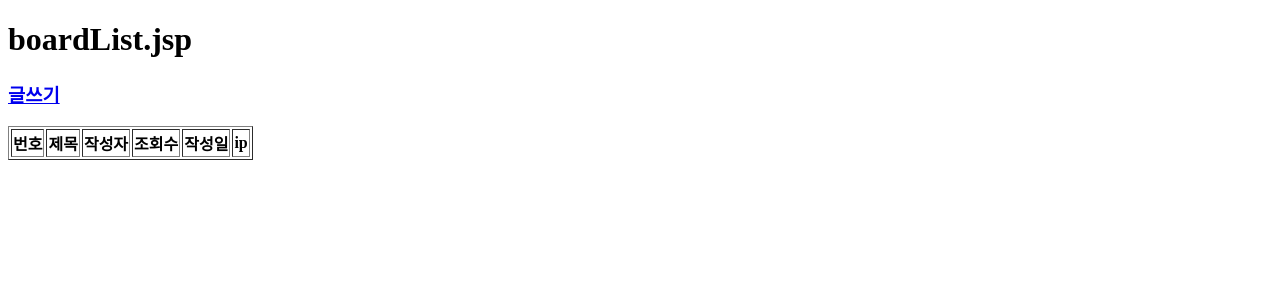
Repository: touslessoirs/jsp
Page: http://localhost/JSP_STUDY/STUDY_board/boardList.jsp
An editor plug-in stored every save of this project. The page is shown before and after the next save, followed by the edit.
The browser window is 1280 px wide. The pictures show the whole page.
The page is served by Tomcat 9. Other server files are loaded and not shown. Queries for data that is not in the repository find no rows.

Above is the page before, as saved 2022-10-11 11:34:44.

### JSP_STUDY/src/main/webapp/STUDY_board/boardList.jsp
<%@page import="com.itwillbs.board.BoardDTO"%>
<%@page import="java.util.ArrayList"%>
<%@page import="com.itwillbs.board.BoardDAO"%>
<%@ page language="java" contentType="text/html; charset=UTF-8"
    pageEncoding="UTF-8"%>
<!DOCTYPE html>
<html>
<head>
<meta charset="UTF-8">
<title>Insert title here</title>
</head>
<body>

	<h1>boardList.jsp</h1>

	<%
	// DB에 저장된 글 목록 정보 가져오기
	BoardDAO dao = new BoardDAO();

	// 저장된 전체 글 개수
	int count = dao.getBoardCount();

	// ========================================================
	// 페이징 처리(1) DB에서 원하는 만큼의 글 정보 가져오기

	// pageSize : 한 페이지에 보여줄 글 개수
	int pageSize = 3;

	// pageNum : 현재 페이지 번호
	String pageNum = request.getParameter("pageNum");

	// 만약 페이지 번호가 없으면 현재 페이지가 첫 페이지가 되도록 설정
	if(pageNum==null){
		pageNum="1";
	}

	// ex) 한 페이지당 글 10개 출력, 현재 페이지 2 => 11~20번째 글 출력
	// startRow : 시작행(1, 11, 21, 31, ...)
	int currentPage = Integer.parseInt(pageNum);
	int startRow = (currentPage-1)*pageSize+1;

	// endRow : 끝행(10, 20, 30, ...)
	int endRow = currentPage*pageSize;

	// ========================================================

	// 가져온 정보 배열에 저장
// 	ArrayList boardList = dao.getBoardList();
	ArrayList boardList = dao.getBoardList(startRow, pageSize);

	// 표 형식으로 출력하기
	%>

	<h3><a href="writeForm.jsp">글쓰기</a></h3>
	<table border="1">
	<tr>
        <th>번호</th>
        <th>제목</th>
        <th>작성자</th>
        <th>조회수</th>
        <th>작성일</th>
        <th>ip</th>
    </tr>
   		<%
    	for(int i=0;i<boardList.size();i++){
    		// 배열에 담긴 정보 하나씩 꺼내서 dto에 저장
    		BoardDTO dto = (BoardDTO) boardList.get(i);
    	%>

    <tr>
        <td><%=dto.getBno() %></td>
        <td>
        	<%
        	if(dto.getRe_lev()>0){
       		%>
        		<img src="../img/level.gif" width="<%=dto.getRe_lev()*10%>">
				<img src="../img/re.gif">
			<%
        	}
        	%>
        	<a href="boardContent.jsp?bno=<%=dto.getBno()%>&pageNum=<%=pageNum %>"><%=dto.getSubject() %></a>
        </td>
        <td><%=dto.getName() %></td>
        <td><%=dto.getReadcount() %></td>
        <td><%=dto.getDate() %></td>
        <td><%=dto.getIp() %></td>
    </tr>

		<%
    	}
		%>
	</table>

	<%
	// ========================================================
	// 페이징 처리(2) [이전], 페이지 번호, [다음]
	if(count!=0){

		// pageCount : 총 페이지 수
		// 나머지가 존재하면 페이지 수 +1
		int pageCount = (count/pageSize)+(count%pageSize==0?0:1);

		// pageBlock : 한 화면에 보여줄 페이지 수
		int pageBlock = 2;

		// startPage : 페이지블럭의 시작번호
	    // 1~10=>1, 11~20=>11, 21~30=>21
	    int startPage = ((currentPage-1)/pageBlock)*pageBlock+1;

	    // 페이지블럭의 끝번호
	    int endPage = startPage+pageBlock-1;
	    // 만약 글 개수가 한 페이지를 다 채우지 못한다면
	    if(endPage>pageCount){
	        endPage = pageCount;
	    }

	    // [이전]
	    if(startPage > pageBlock){	// 이전 페이지가 존재한다면
		%>
			<a href="boardList.jsp?pageNum=<%=startPage-pageBlock %>">[이전]</a>
		<%
	    }
	    // 숫자(페이지 링크) 1, 2, 3,...
	    for(int i=startPage;i<=endPage;i++){
		%>
			<a href="boardList.jsp?pageNum=<%=i%>"><%=i %></a>
		<%
	    }
	    // [다음]
	    if(endPage < pageCount){	// 다음 페이지가 존재한다면
		%>
			<a href="boardList.jsp?pageNum=<%=startPage+pageBlock%>">[다음]</a>
		<%
	    }
	}

	// ========================================================
	%>



</body>
</html>

### JSP_STUDY/src/main/java/com/itwillbs/board/BoardDAO.java
package com.itwillbs.board;

import java.sql.Connection;
import java.sql.DriverManager;
import java.sql.PreparedStatement;
import java.sql.ResultSet;
import java.sql.SQLException;
import java.util.ArrayList;

public class BoardDAO {

	private Connection con = null;
	private PreparedStatement pstmt = null;
	private ResultSet rs = null;
	private String sql = null;

	public BoardDAO() {
		System.out.println(" DAO : BoardDAO() 객체 생성");
		System.out.println(" DAO : itwill_board 테이블 접근준비 완료");
	}


	// DB 연결 메서드 - getConnection()
	private Connection getConnection() throws Exception {
		// DB 연결 정보
		final String DRIVER = "com.mysql.cj.jdbc.Driver";
		final String DBURL = "jdbc:mysql://localhost:3306/jspex";
		final String DBID = "root";
		final String DBPW = "1234";

		// 1. 드라이버 로드
		Class.forName(DRIVER);
		System.out.println(" 드라이버 로드 성공");

		// 2. DB 연결
		con = DriverManager.getConnection(DBURL, DBID, DBPW);
	    System.out.println(" DAO : DB 연결 성공");
	    System.out.println(" DAO : "+con);

	    return con;
	}
	// DB 연결 메서드 - getConnection()


	// 자원 해제 메서드 - closeDB()
	public void closeDB() {
		System.out.println(" DAO : DB 연결자원 해제");
			try {
				if(rs!=null) rs.close();
				if(pstmt!=null) pstmt.close();
				if(con!=null) con.close();
			} catch (SQLException e) {
				e.printStackTrace();
			}
	}
	// 자원 해제 메서드 - closeDB()


	// 글쓰기 메서드 - insertBoard()
	public void insertBoard(BoardDTO dto) {
		System.out.println(" DAO : insertBoard() 호출");
	    int bno = 0;	// 글 번호 저장할 변수

	    try {
	    	// 1+2. DB 연결
			con = getConnection();
		    // 3. SQL 작성(글 번호 계산) & pstmt
		    sql = "select max(bno) from itwill_board";
		    pstmt = con.prepareStatement(sql);
		    // 4. SQL 실행
		    rs = pstmt.executeQuery();

		    // 5. 데이터 처리
		    if(rs.next()) {
//		    	bno = rs.getInt(bno)+1;
//		    	bno = rs.getInt("max(bno)")+1;	// getInt()는 max(bno)의 가장 높은 값을 int형으로 가져옴
		    	bno = rs.getInt(1)+1;			// 숫자 1 = getInt()의 첫 번째 인덱스
		    }

		    System.out.println(" DAO : 글번호 = "+bno);

		    	// 3. SQL 작성(insert) & pstmt
		    	sql = "insert into itwill_board (bno, name, pass, subject, content, "
		    			+ " readcount, re_ref, re_lev, re_seq, date, ip, file) "
		    			+ " values (?, ?, ?, ?, ?, ?, ?, ?, ?, now(), ?, ?)";
		        pstmt = con.prepareStatement(sql);
	            // ???
	            pstmt.setInt(1, bno);
	            pstmt.setString(2, dto.getName());
	            pstmt.setString(3, dto.getPass());
	            pstmt.setString(4, dto.getSubject());
	            pstmt.setString(5, dto.getContent());

	            pstmt.setInt(6, 0);
	            pstmt.setInt(7, bno);
	            pstmt.setInt(8, 0);
	            pstmt.setInt(9, 0);

	            pstmt.setString(10, dto.getIp());
	            pstmt.setString(11, dto.getFile());

		    	// 4. SQL 실행
	            pstmt.executeUpdate();

	            System.out.println(" DAO : 게시판 글쓰기 완료");

	    } catch (Exception e) {
	    	e.printStackTrace();
	    } finally {
	    	closeDB();
	    }

	}
	// 글쓰기 메서드 - insertBoard()


	// 글 정보 가져오기 메서드 - getBoardList()
	public ArrayList getBoardList() {
		System.out.println(" DAO : getBoardList() 호출");

		// 글 목록 정보를 저장하는 배열
		ArrayList boardList = new ArrayList();

		try {
			con = getConnection();
	        // 3. SQL 작성(select) & pstmt
	        sql = "select * from itwill_board";
	        pstmt = con.prepareStatement(sql);
	        // 4. SQL 실행
	        rs = pstmt.executeQuery();

	        // 5. 데이터 처리 (DB->DTO->List)
			while(rs.next()) {
				// DB 정보 -> DTO에 저장
				BoardDTO dto = new BoardDTO();
	            dto.setBno(rs.getInt("bno"));
	            dto.setName(rs.getString("name"));
	            dto.setPass(rs.getString("pass"));
	            dto.setSubject(rs.getString("subject"));
	            dto.setContent(rs.getString("content"));
	            dto.setReadcount(rs.getInt("readcount"));
	            dto.setRe_ref(rs.getInt("re_ref"));
	            dto.setRe_lev(rs.getInt("re_lev"));
	            dto.setRe_seq(rs.getInt("re_seq"));
	            dto.setDate(rs.getDate("date"));
	            dto.setIp(rs.getString("ip"));
	            dto.setFile(rs.getString("file"));

	            // DTO -> ArrayList에 저장
	            boardList.add(dto);
			}

			System.out.println(" DAO : 게시판 목록 조회 성공");

		} catch (Exception e) {
			e.printStackTrace();
		} finally {
			closeDB();
		}

		return boardList;

	}
	// 글 정보 가져오기 메서드 - getBoardList()


	// 글 정보 가져오기 메서드 - getBoardList(startRow, pageSize)
	public ArrayList getBoardList(int startRow, int pageSize) {
		System.out.println(" DAO : getBoardList() 호출");

		ArrayList boardList = new ArrayList();

		try {
			con = getConnection();
			// 3. SQL 작성(select) & pstmt
			sql = "select * from itwill_board "
					+ "order by re_ref desc, re_seq asc limit ?, ?";
			pstmt = con.prepareStatement(sql);
			// ?????
			pstmt.setInt(1, startRow-1);	// row는 0부터 시작
			pstmt.setInt(2, pageSize);
			// 4. SQL 실행
			rs = pstmt.executeQuery();
	        // 5. 데이터 처리 (DB->DTO->List)
			while(rs.next()) {
				// DB 정보 -> DTO에 저장
				BoardDTO dto = new BoardDTO();
	            dto.setBno(rs.getInt("bno"));
	            dto.setName(rs.getString("name"));
	            dto.setPass(rs.getString("pass"));
	            dto.setSubject(rs.getString("subject"));
	            dto.setContent(rs.getString("content"));
	            dto.setReadcount(rs.getInt("readcount"));
	            dto.setRe_ref(rs.getInt("re_ref"));
	            dto.setRe_lev(rs.getInt("re_lev"));
	            dto.setRe_seq(rs.getInt("re_seq"));
	            dto.setDate(rs.getDate("date"));
	            dto.setIp(rs.getString("ip"));
	            dto.setFile(rs.getString("file"));

	            // DTO -> ArrayList에 저장
	            boardList.add(dto);
			}

			System.out.println(" DAO : 게시판 목록 조회 성공");

		} catch (Exception e) {
			e.printStackTrace();
		} finally {
			closeDB();
		}

		return boardList;
	}


	// 글 정보 가져오기 메서드 - getBoardList(startRow, pageSize)


	// 전체 글 개수 - getBoardCount()
	public int getBoardCount() {
		int cnt = 0;

		try {
			con = getConnection();
			// 3. SQL 작성 & pstmt 객체
			sql = "select count(*) from itwill_board";
			pstmt = con.prepareStatement(sql);
			// 4. SQL 실행
			rs = pstmt.executeQuery();
			// 5. 데이터 처리
			if(rs.next()) {
//				cnt = rs.getInt(count(*));
				cnt = rs.getInt(1);
			}

			 System.out.println(" DAO : 전체 글의 개수 "+cnt+"개");

		} catch (Exception e) {
			e.printStackTrace();
		} finally {
			closeDB();
		}

		return cnt;
	}
	// 전체 글 개수 - getBoardCount()


	// 조회수 1 증가 - updateReadcount(bno)
	public void updateReadcount(int bno) {
		try {
			con = getConnection();
			// 3. SQL 작성(update) & pstmt 객체
			sql = "update itwill_board set readcount=readcount+1 where bno=?";
	        pstmt = con.prepareStatement(sql);
	        // ?????
	        pstmt.setInt(1, bno);
	        // 4. SQL 실행
	        pstmt.executeUpdate();

	        System.out.println(" DAO : 조회수 1 증가 완료");

	    } catch (Exception e) {
	        e.printStackTrace();
	    } finally {
	    	closeDB();
	    }

	}
	// 조회수 1 증가 - updateReadcount(bno)


	// 게시글 정보 조회 - getBoard(bno)
	public BoardDTO getBoard(int bno) {
		BoardDTO dto = null;

		try {
			con = getConnection();
			// 3. SQL 작성(select) & pstmt 객체
			sql = "select * from itwill_board where bno=?";
			pstmt = con.prepareStatement(sql);
			pstmt.setInt(1, bno);
			// 4. SQL 실행
			rs = pstmt.executeQuery();
			// 5. 데이터 처리
			if(rs.next()) {
				dto = new BoardDTO();	// true일 때 객체 생성
	            dto.setBno(rs.getInt("bno"));
	            dto.setName(rs.getString("name"));
	            dto.setPass(rs.getString("pass"));
	            dto.setSubject(rs.getString("subject"));
	            dto.setContent(rs.getString("content"));
	            dto.setReadcount(rs.getInt("readcount"));
	            dto.setRe_ref(rs.getInt("re_ref"));
	            dto.setRe_lev(rs.getInt("re_lev"));
	            dto.setRe_seq(rs.getInt("re_seq"));
	            dto.setDate(rs.getDate("date"));
	            dto.setIp(rs.getString("ip"));
	            dto.setFile(rs.getString("file"));
	        }

	        System.out.println(" DAO : 게시글 조회 완료");

	    } catch (Exception e) {
	        e.printStackTrace();
	    } finally {
	        closeDB();
	    }

	    return dto;

	}
	// 게시글 정보 조회 - getBoard(bno)


	// 게시글 수정 - updateBoard(DTO)
	public int updateBoard(BoardDTO dto) {

		int result = -1;

		try {
			con = getConnection();
			// SQL 작성(select) & pstmt 객체
			sql = "select pass from itwill_board where bno=?";
	        pstmt = con.prepareStatement(sql);
	        pstmt.setInt(1, dto.getBno());	// bno (X)
	        // 4. SQL 실행
	        rs = pstmt.executeQuery();
			// 5. 데이터 처리 (비밀번호 확인)
	        if(rs.next()) {
	        	if(dto.getPass().equals(rs.getString("pass"))) {
	        		// 비밀번호 일치
	        		// 3. SQL 작성(update) & pstmt 객체
	        		sql = "update itwill_board set subject=?, name=?, content=? where bno=?";
	                pstmt = con.prepareStatement(sql);
	                // ?????
	                pstmt.setString(1, dto.getSubject());
	                pstmt.setString(2, dto.getName());
	                pstmt.setString(3, dto.getContent());
	                pstmt.setInt(4, dto.getBno());
	                // 4. SQL 실행
	                result = pstmt.executeUpdate();
	        	} else {
	        	// 비밀번호 오류
	        	result = 0;
	        	}
	        } else {
	        	// 게시판 글 없음
	        	result = -1;
	        }

	        System.out.println(" DAO : 게시판 정보 수정완료 ("+result+")");

		} catch (Exception e) {
			e.printStackTrace();
		} finally {
			closeDB();
		}

		return result;

	}
	// 게시글 수정 - updateBoard(DTO)


	// 게시글 삭제 - deleteBoard(bno, pass)
	public int deleteBoard(int bno, String pass) {

		int result = -1;

		try {
			con = getConnection();
			// 3. SQL 작성(select) & pstmt 객체
			sql = "select pass from itwill_board where bno=?";
	        pstmt = con.prepareStatement(sql);
	        pstmt.setInt(1, bno);
	        // 4. SQL 실행
	        rs = pstmt.executeQuery();
	        // 5. 데이터 처리 (비밀번호 확인)
	        if(rs.next()) {
	        	if(pass.equals(rs.getString("pass"))) {
	        		// 비밀번호 일치
	        		// 3. SQL 작성(delete) & pstmt 객체
	        		sql = "delete from itwill_board where bno=?";
	                pstmt = con.prepareStatement(sql);
	                pstmt.setInt(1, bno);
	                // 4. SQL 실행
	                result = pstmt.executeUpdate();
	        	} else {
		        	// 비밀번호 오류
		        	result = 0;
	        	}
	        } else {
	        	// 게시판 글 없음
	        	result = -1;
	        }

	        System.out.println(" DAO : 게시판 정보 삭제완료 ("+result+")");

		} catch (Exception e) {
			e.printStackTrace();
		} finally {
			closeDB();
		}

		return result;
	}
	// 게시글 삭제 - deleteBoard(bno, pass)


	// 답글쓰기 - reInsertBoard(DTO)
	public void reInsertBoard(BoardDTO dto) {

		int bno = 0;

		try {

			// =========1) 글번호 계산(bno)=========
			con = getConnection();
			// 3. SQL 작성 (select) & pstmt 객체
			sql = "select max(bno) from itwill_board";
	        pstmt = con.prepareStatement(sql);
	        // 4. SQL 실행
	        rs = pstmt.executeQuery();
	        // 5. 데이터 처리
	        if(rs.next()) {
	        	bno = rs.getInt(1)+1;
	        }

	        System.out.println(" DAO : 답글 번호(bno) "+bno);

	        // =========2) 답글 순서 재배치(re_seq)=========
	        // 3. SQL 작성 (update) & pstmt 객체
	        // 같은 그룹에 있으면서(re_ref=?) 기존의 re_seq보다 큰 값이 있을 때(re_seq>?)
	        // (원글에 이전에 작성한 답글이 존재할 때)
	        // => 이전에 작성한 답글을 한 칸씩 아래로 내린 후(re_seq=re_seq+1) 답글 작성
	        sql = "update itwill_board set re_seq = re_seq+1 where re_ref=? and re_seq>?";
	        pstmt = con.prepareStatement(sql);
	        pstmt.setInt(1, dto.getRe_ref());
	        pstmt.setInt(2, dto.getRe_seq());
	        // 4. SQL 실행
	        int cnt = pstmt.executeUpdate();

	        if(cnt>0) {
	        	System.out.println(" DAO : 답글 재정렬 완료");
	        }

	        // =========3) 답글 쓰기=========
	        // 3. SQL 작성 (insert) & pstmt 객체
	        sql = "insert into itwill_board(bno, name, pass, subject, content, "
	                + "readcount, re_ref, re_lev, re_seq, date, ip, file) "
	                + "values(?, ?, ?, ?, ?, ?, ?, ?, ?, now(), ?, ?)";
	        pstmt = con.prepareStatement(sql);
	        // ?????
	        pstmt.setInt(1, bno);
	        pstmt.setString(2, dto.getName());
	        pstmt.setString(3, dto.getPass());
	        pstmt.setString(4, dto.getSubject());
	        pstmt.setString(5, dto.getContent());

	        pstmt.setInt(6, 0);
	        pstmt.setInt(7, dto.getRe_ref());	// 원글과 동일
	        pstmt.setInt(8, dto.getRe_lev()+1);
	        pstmt.setInt(9, dto.getRe_seq()+1);

	        pstmt.setString(10, dto.getIp());
	        pstmt.setString(11, dto.getFile());

	        // 4. SQL 실행
	        pstmt.executeUpdate();

	        System.out.println(" DAO : 답글 쓰기 완료!");

		} catch (Exception e) {
			e.printStackTrace();
		}
	}

	// 답글쓰기 - reInsertBoard(DTO)


}

After the next save:
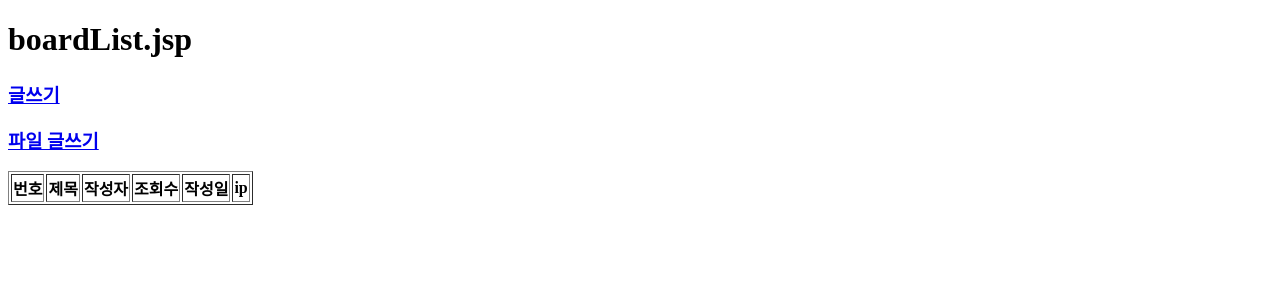
Saved 7 min 25 s later.
--- a/JSP_STUDY/src/main/webapp/STUDY_board/boardList.jsp
+++ b/JSP_STUDY/src/main/webapp/STUDY_board/boardList.jsp
@@ -52,6 +52,7 @@
 	%>
 
 	<h3><a href="writeForm.jsp">글쓰기</a></h3>
+	<h3><a href="fwriteForm.jsp">파일 글쓰기</a></h3>
 	<table border="1">
 	<tr>
         <th>번호</th>
